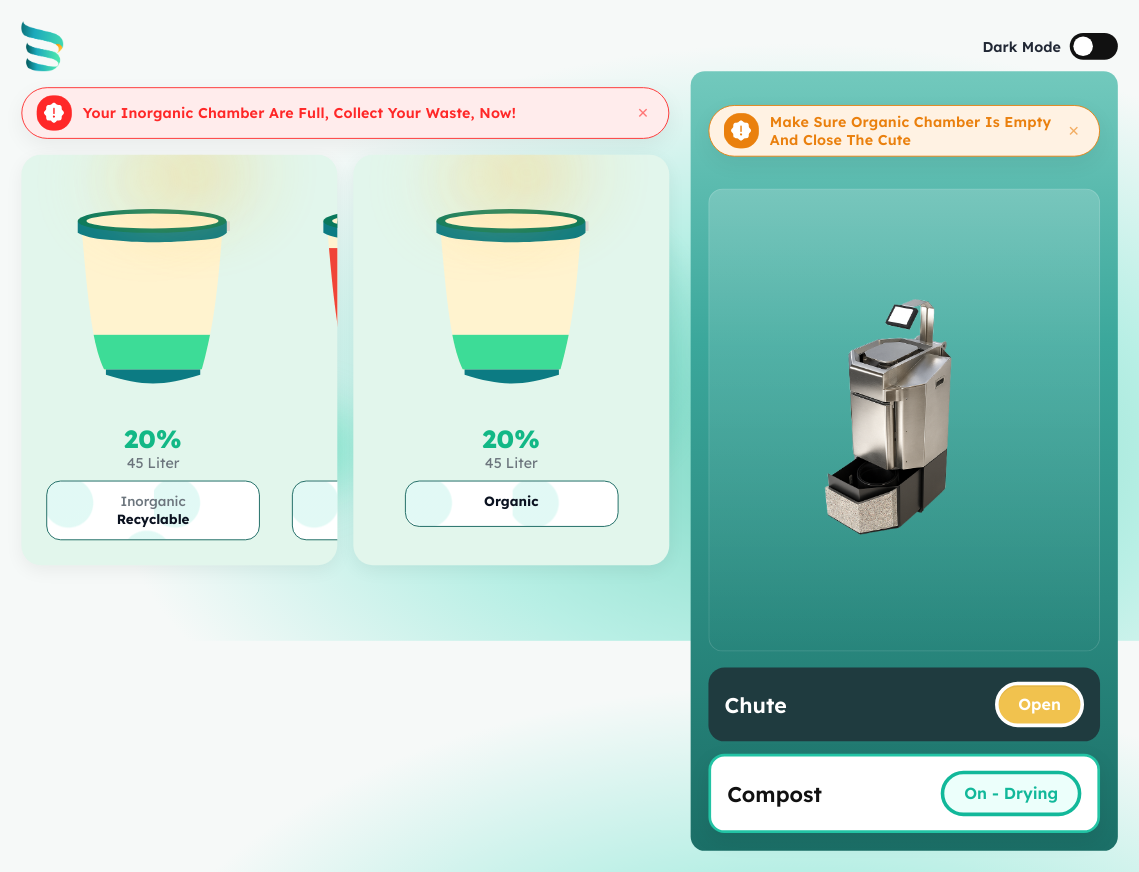
Repository: william-saputra/nusabin
Page: pages/homepage.html
The author's editor kept a copy of each file at every save. The page is drawn from the files as they stood at one save, then again after the next save.
The browser window is 1280 px wide. The pictures show the whole page, at 89% of full size.
Backgrounds fixed to the window are drawn as part of the page.

Above is the page before, as saved 2025-08-12 23:47:27.

After the next save:
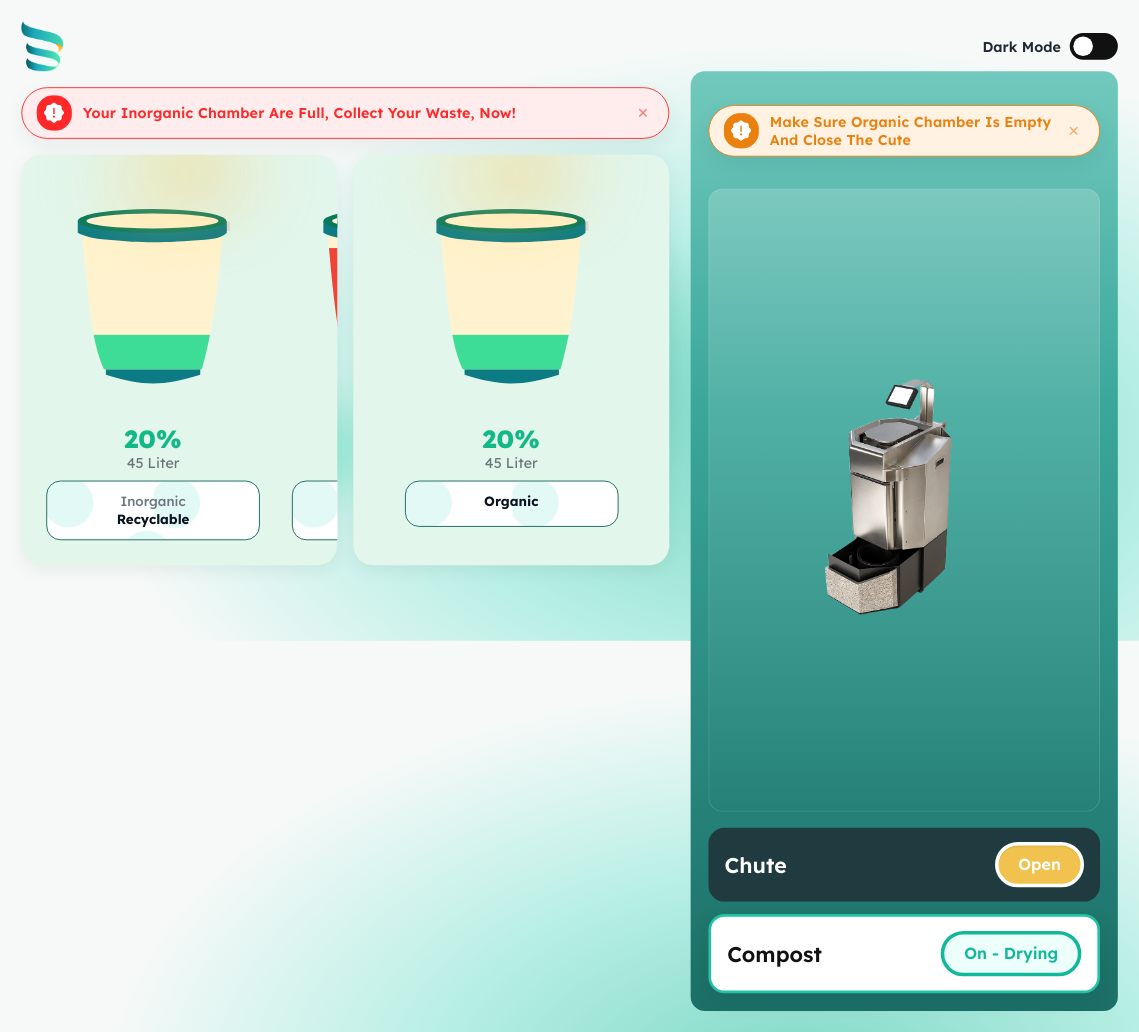
Saved 73 s later.
--- a/styles/base.css
+++ b/styles/base.css
@@ -81,7 +81,7 @@ input:checked + .slider:before { transform: translateX(24px); }
 
 .right-panel { display: grid; grid-template-rows: 1fr auto; gap: 18px; }
 .right-panel { background: linear-gradient(180deg, #72c9bd 0%, #3ba79b 35%, #1b6f67 100%); padding: 20px; border-radius: 16px; }
-.machine-wrapper { display: grid; place-items: center; background: linear-gradient(180deg, rgba(255,255,255,0.18), rgba(255,255,255,0)); border-radius: 16px; min-height: 520px; box-shadow: inset 0 0 0 1px rgba(255,255,255,0.15); }
+.machine-wrapper { display: grid; place-items: center; background: linear-gradient(180deg, rgba(255,255,255,0.18), rgba(255,255,255,0)); border-radius: 16px; min-height: 700px; box-shadow: inset 0 0 0 1px rgba(255,255,255,0.15); }
 .machine { max-width: 100%; height: auto; object-fit: contain; }
 
 .status-panel { background: transparent; border-radius: 16px; padding: 0; display: grid; gap: 16px; }
